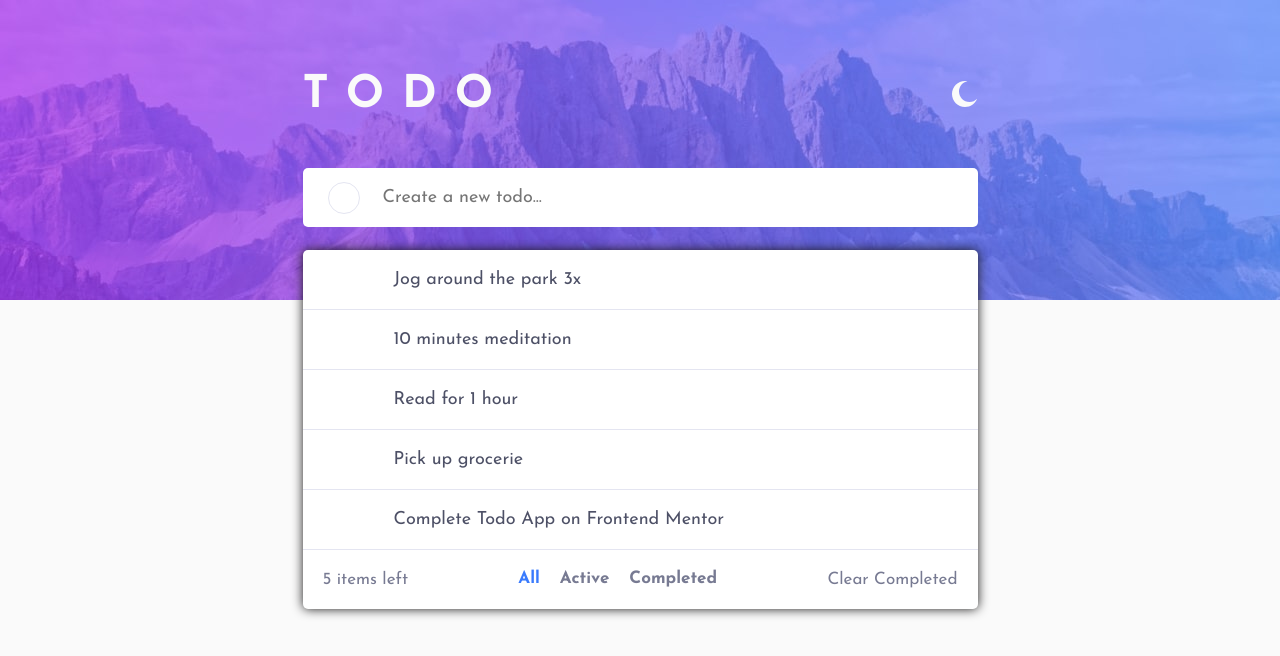
Repository: tomas938/todo-app
Page: /
These files come from the project's save history. The page is drawn as it stood at one moment and after the next save; the edit follows.
The browser window is 1280 px wide. The pictures show the whole page.
The project was rebuilt for these pictures with package versions that can differ from the ones it lists, and the page was loaded fresh each time.

Above is the page before, as saved 2021-08-18 13:50:14.

### src/main.js
import { createApp } from "vue";
import App from "./App.vue";
import router from "./router";

createApp(App)
	.use(router)
	.mount("#app");

### src/App.vue
<template>
	<router-view />
</template>

<style lang="scss">
@import "/src/scss/_variables";
:root {
	.dark {
		--bg-image: url(./assets/bg-desktop-dark.jpg);
		--items-bg-color: hsl(235, 24%, 19%);
		--body-bg: hsl(235, 21%, 11%);
		--todo-text: hsl(236, 33%, 92%);
		--todo-border: hsl(237, 14%, 26%);
	}
	.light {
		--bg-image: url(./assets/bg-desktop-light.jpg);
		--items-bg-color: hsl(0, 0%, 100%);
		--body-bg: hsl(0, 0%, 98%);
		--todo-text: hsl(233, 14%, 35%);
		--todo-border: hsl(236, 33%, 92%);
	}
}
* {
	margin: 0;
	padding: 0;
	box-sizing: border-box;
}
html {
	font-size: 62.5%;
}
body {
	font-size: 1.8rem;
	font-family: $font-primary;
	background-color: var(--body-bg);
}

li {
	list-style: none;
}
</style>

### src/router/index.js
import { createRouter, createWebHashHistory } from "vue-router";
import Home from "../views/Home.vue";

const routes = [
	{
		path: "/",
		name: "Home",
		component: Home,
	},
];

const router = createRouter({
	history: createWebHashHistory(),
	routes,
});

export default router;

### src/scss/_variables.scss
// LINK COLLORS-PRIMARY //

$primary: hsl(220, 98%, 61%);
$primary-bg: linear-gradient hsl(192, 100%, 67%) to hsl(280, 87%, 65%);

// LINK LIGHT THEME //

$light-gray: hsl(0, 0%, 98%);
$very-light-grayish-blue: hsl(236, 33%, 92%);
$light-grayish-blue: hsl(233, 11%, 84%);
$dark-grayish-blue: hsl(236, 9%, 61%);
$very-dark-grayish-blue: hsl(235, 19%, 35%);

// LINK DARK THEME //

$very-dark-blue: hsl(235, 21%, 11%);
$dark-desaturated-blue: hsl(235, 24%, 19%);
$light-grayish-blue--dark: hsl(234, 39%, 85%);
$light-grayish-blue--dark-hover: hsl(236, 33%, 92%);
$dark-grayish-blue--dark: hsl(234, 11%, 52%);
$very-dark-grayish-blue--dark: hsl(233, 14%, 35%);
$very-dark-grayish-blue--dark-2: hsl(237, 14%, 26%);

// LINK FONT //

@import url("https://fonts.googleapis.com/css2?family=Josefin+Sans:wght@400;700&display=swap");
$font-primary: "Josefin Sans", sans-serif;
$light: 400;
$bold: 700;

### src/views/Home.vue
<template>
	<Header />
	<Todos />
</template>

<script>
import Header from "../components/Header";
import Todos from "../components/Todos.vue";
export default {
	components: {
		Header,
		Todos,
	},
};
</script>
<style lang="scss"></style>

### src/components/Header.vue
<template>
	<header>
		<nav class="nav container">
			<div class="nav__title">
				<h1>todo</h1>
			</div>
			<svg
				v-if="ligth"
				@click="changeTheme"
				class="nav__theme"
				xmlns="http://www.w3.org/2000/svg"
				width="26"
				height="26"
			>
				<path
					fill="#fafafa"
					fill-rule="evenodd"
					d="M13 0c.81 0 1.603.074 2.373.216C10.593 1.199 7 5.43 7 10.5 7 16.299 11.701 21 17.5 21c2.996 0 5.7-1.255 7.613-3.268C23.22 22.572 18.51 26 13 26 5.82 26 0 20.18 0 13S5.82 0 13 0z"
				/>
			</svg>
			<svg
				v-else
				@click="changeTheme"
				xmlns="http://www.w3.org/2000/svg"
				width="26"
				height="26"
			>
				<path
					fill="#fafafa"
					fill-rule="evenodd"
					d="M13 21a1 1 0 011 1v3a1 1 0 11-2 0v-3a1 1 0 011-1zm-5.657-2.343a1 1 0 010 1.414l-2.121 2.121a1 1 0 01-1.414-1.414l2.12-2.121a1 1 0 011.415 0zm12.728 0l2.121 2.121a1 1 0 01-1.414 1.414l-2.121-2.12a1 1 0 011.414-1.415zM13 8a5 5 0 110 10 5 5 0 010-10zm12 4a1 1 0 110 2h-3a1 1 0 110-2h3zM4 12a1 1 0 110 2H1a1 1 0 110-2h3zm18.192-8.192a1 1 0 010 1.414l-2.12 2.121a1 1 0 01-1.415-1.414l2.121-2.121a1 1 0 011.414 0zm-16.97 0l2.121 2.12A1 1 0 015.93 7.344L3.808 5.222a1 1 0 011.414-1.414zM13 0a1 1 0 011 1v3a1 1 0 11-2 0V1a1 1 0 011-1z"
				/>
			</svg>
		</nav>
		<div class="new-todo">
			<input type="text" placeholder="Create a new todo..." />
		</div>
	</header>
</template>

<script>
export default {
	data() {
		return {
			ligth: true,
			body: document.body,
		};
	},
	methods: {
		changeTheme() {
			this.ligth = !this.ligth;
			if (!this.ligth) {
				this.body.classList.remove("light");
				this.body.classList.add("dark");
			} else {
				this.body.classList.remove("dark");
				this.body.classList.add("light");
			}
		},
	},
	mounted() {
		this.body.classList.add("light");
	},
};
</script>

<style lang="scss" scoped>
@import "/src/scss/_variables";

header {
	height: 30rem;
	display: flex;
	flex-direction: column;
	align-items: center;
	justify-content: center;
	gap: 5rem;
	padding: 3rem;
	background-image: var(--bg-image);
	background-repeat: no-repeat;
	background-size: cover;
}
.nav {
	max-width: 67.5rem;
	width: 100%;
	display: flex;
	justify-content: space-between;
	align-items: baseline;
	&__title h1 {
		font-size: 4.5rem;
		letter-spacing: 1.8rem;
		text-transform: uppercase;
	}

	svg {
		cursor: pointer;
	}
}
.new-todo {
	max-width: 67.5rem;
	width: 100%;
	position: relative;
	&::before {
		content: "";
		position: absolute;
		top: 50%;
		transform: translateY(-50%);
		left: 2.5rem;
		width: 3rem;
		height: 3rem;
		border-radius: 50%;
		border: 1px solid var(--todo-border);
	}
}
input {
	background-color: var(--items-bg-color);
	width: 100%;
	outline: none;
	border: none;
	padding: 2rem;
	padding-left: 8rem;
	border-radius: 0.5rem;
	font-size: 1.8rem;
	font-family: $font-primary;
	font-weight: $light;
}
h1 {
	color: $light-gray;
}
</style>

### src/components/Todos.vue
<template>
	<main>
		<ul class="todos">
			<li v-for="(todo, index) in todos" :key="index" class="todo-item">
				<svg xmlns="http://www.w3.org/2000/svg" width="11" height="9">
					<path
						fill="none"
						stroke="#FFF"
						stroke-width="2"
						d="M1 4.304L3.696 7l6-6"
					/>
				</svg>
				<!-- <div class="todo-status"></div> -->
				<span>{{ todo }}</span>
			</li>
			<div class="filters">
				<div class="items-left">
					<span>{{ todos.length }} items left</span>
				</div>
				<div class="filter">
					<span>All</span>
					<span>Active</span>
					<span>Completed</span>
				</div>
				<div class="clear">
					<span>Clear Completed</span>
				</div>
			</div>
		</ul>
	</main>
</template>

<script>
export default {
	data() {
		return {
			todos: [
				"Jog around the park 3x",
				"10 minutes meditation",
				"Read for 1 hour",
				"Pick up grocerie",
				"Complete Todo App on Frontend Mentor",
			],
		};
	},
};
</script>

<style lang="scss" scoped>
@import "/src/scss/_variables";

main {
	padding: 0 3rem;
	display: flex;
	justify-content: center;
	transform: translateY(-5rem);
}
.todos {
	max-width: 67.5rem;
	width: 100%;
	border-radius: 0.5rem;
	background-color: var(--items-bg-color);
	box-shadow: 0px 0px 11px 0px #1a1919;
}
.todo-item {
	position: relative;
	width: 100%;
	padding: 2rem;
	padding-left: 8rem;
	font-family: $font-primary;
	font-weight: $light;
	color: var(--todo-text);
	border-bottom: 1px solid var(--todo-border);

	// FIXME maybe group styling //
	.todo-status {
		cursor: pointer;
		content: "";
		position: absolute;
		top: 50%;
		transform: translateY(-50%);
		left: 2.5rem;
		width: 3rem;
		height: 3rem;
		border-radius: 50%;
		border: 1px solid var(--todo-border);
	}
	&::after {
		opacity: 0;
		cursor: pointer;
		content: "";
		position: absolute;
		right: 2.5rem;
		width: 2.6rem;
		height: 2.6rem;
		background-image: url(../assets/icon-cross.svg);
		background-repeat: no-repeat;
	}
	&:hover:after {
		transition: opacity 0.5s ease-in-out;
		opacity: 1;
	}
}
.filters {
	display: flex;
	justify-content: space-between;
	padding: 2rem;
	.filter {
		display: flex;
		gap: 2rem;
		span {
			font-weight: $bold;
			&:first-child {
				color: $primary;
			}
		}
	}
	.items-left {
		span {
			cursor: auto;
		}
	}
	span {
		color: $dark-grayish-blue--dark;
		cursor: pointer;
		font-size: 1.7rem;
	}
}
</style>

Loaded but not shown: public/index.html (common file)

After the next save:
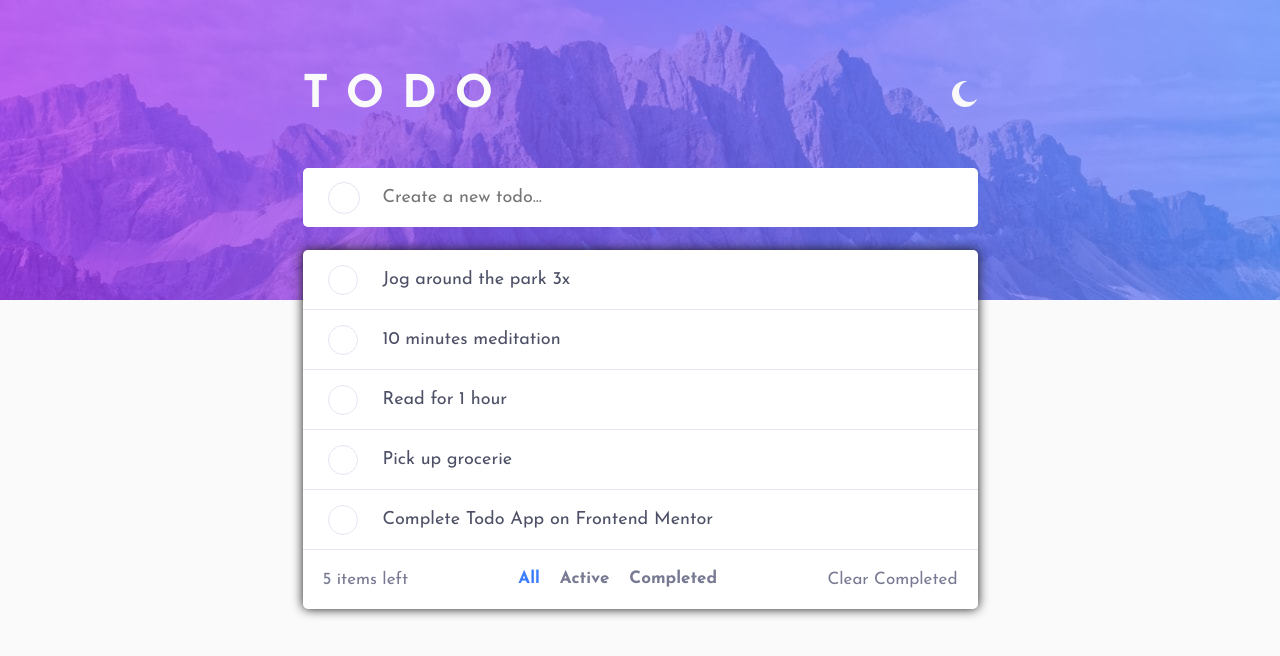
Saved 4 s later.
--- a/src/components/Todos.vue
+++ b/src/components/Todos.vue
@@ -2,7 +2,12 @@
 	<main>
 		<ul class="todos">
 			<li v-for="(todo, index) in todos" :key="index" class="todo-item">
-				<svg xmlns="http://www.w3.org/2000/svg" width="11" height="9">
+				<svg
+					class="todo-status"
+					xmlns="http://www.w3.org/2000/svg"
+					width="11"
+					height="9"
+				>
 					<path
 						fill="none"
 						stroke="#FFF"
